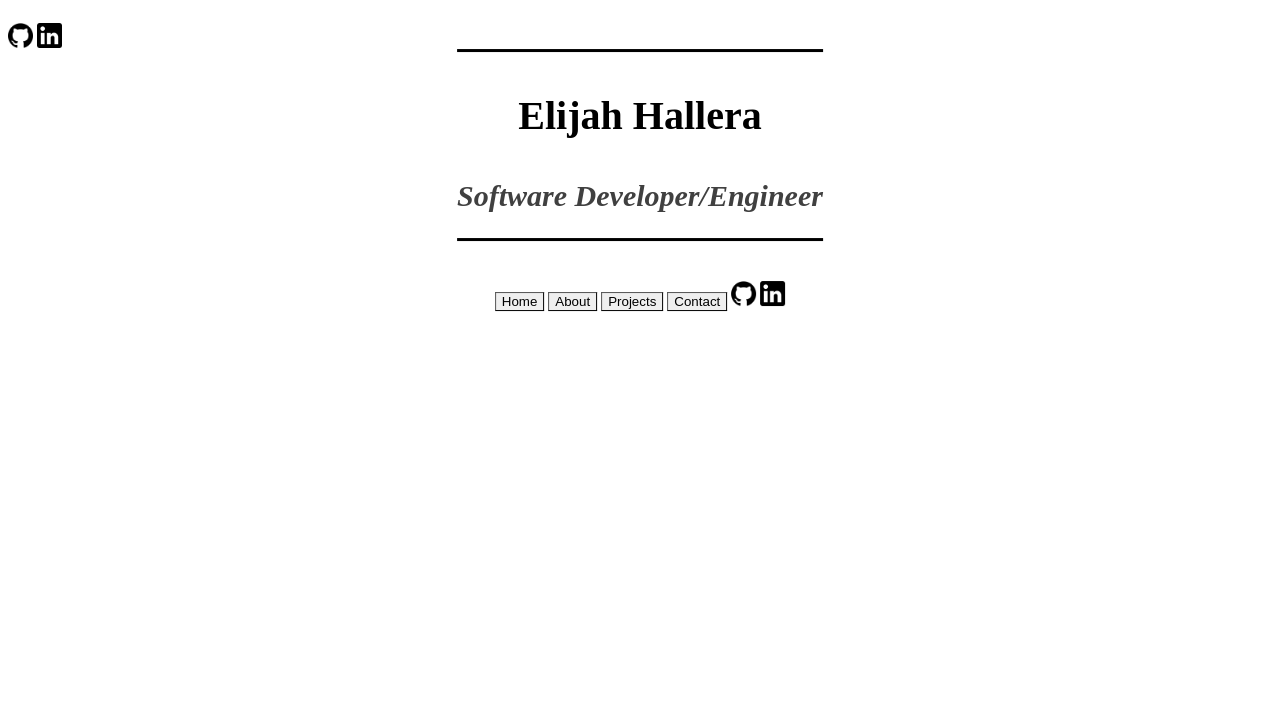
Repository: ElijahHallera/ElijahHallera.github.io
Page: http://localhost/
The author's editor kept a record of every edit. The page is drawn from the files as they stood at one moment, then again after the next edit.
The browser window is 1280 px wide. The pictures show the whole page.
The page is served by the project's Node server (index.js).

Above is the page before.

### views/Homepage.ejs
<%- include ('partials/header'); -%>

<div class="bg">
	<div class="centered">

		<div class="borderlines">
			<h3> Elijah Hallera </h3>
			<h2> Software Developer/Engineer</h2>
		</div>

		<nav>
			<a href= "/"> <button class="button btn btn-default"> Home </button></a>
			<a href= "/about"> <button class="button btn btn-default"> About </button></a>
			<a href= "/projects"> <button class="button btn btn-default"> Projects </button></a>
			<a href= "/contact"><button class="button btn btn-default"> Contact </button></a>

			<a class="centered2"> <img href="https://github.com/ElijahHallera" class="gitIcon" src="images/git2.png">
			<img  href="https://www.linkedin.com/in/elijah-hallera-892278199/" class="linkedIcon" src="images/LinkedInLogo.png"></a>
		</nav>
	</div>
	<a class="centered2"> <img href="https://github.com/ElijahHallera" class="gitIcon" src="images/git2.png">
						  <img  href="https://www.linkedin.com/in/elijah-hallera-892278199/" class="linkedIcon" src="images/LinkedInLogo.png"></a>

</div>

### views/partials/header.ejs
<!DOCTYPE html>
<html>

  <head>
    <title>Hallera Portfolio</title>
    <meta charset="UTF-8">
    <meta name="viewport" content="width=device-width, initial-scale=1.0">
		<link rel='stylesheet' type='text/css' href='app.css'>
		<link rel="stylesheet" href="https://cdnjs.cloudflare.com/ajax/libs/font-awesome/4.7.0/css/font-awesome.min.css">
  </head>

  <body>

### index.js
/* App Configuration */
var express = require('express');
var methodOverride = require('method-override');

var app = express();
var port = process.env.PORT || 8080;

app.use(express.static('public'));
app.set('view engine', 'ejs');

/* Home Route */
app.get('/', function(req, res){
    res.render('Homepage');
});

app.get('/about', function(req, res){
    res.render('About');
});

app.get('/projects', function(req, res){
    res.render('Projects');
});

app.get('/contact', function(req, res){
    res.render('Contact');
});

/* Error Route*/
app.get('*', function(req, res){
   res.render('error');
});

app.listen(port, () => console.log(`Listening on port ${port}`));

### public/app.css
body, html {
    height: 100%;
}

.bg {
  background-image: url("images/indieforest.jpg");
  height: 100%;
  width: 100%;
  background-position: center;
  background-repeat: no-repeat;
  background-size: cover;
}

nav {
    padding-top: 25px;
    text-align: center;
}

h3{
    color: black;
    text-align: center;
    font-size: 40px;
    font-weight: bold;
}

h2 {
    text-align: center;
    font-style: italic;
    font-size: 30px;
    color: black;
    opacity: 75%;
}

.centered{
  position: fixed;
  top: 25%;
  left: 50%;
  transform: translate(-50%, -50%);
}

.borderlines{
  border-top-style: solid;
  border-top-color: black;
  border-bottom-style: solid;
  border-bottom-color: black;
}

.button {
  transition-duration: 0.4s;
  border: 1px outset black;
}

.button:hover {
  background-color: black;
  color: white;
}

.gitIcon{
  padding-top: 15px;
  width: 25px;
  height: auto;
  text-align: center;
}

.linkedIcon{
  padding-top: 15px;
  width: 25px;
  height: auto;
  text-align: center;
}

### views/error.ejs
<%- include ('partials/header'); -%>

<h2 style='color: red;'> Sorry, Page not found !</h2>

After the next edit:
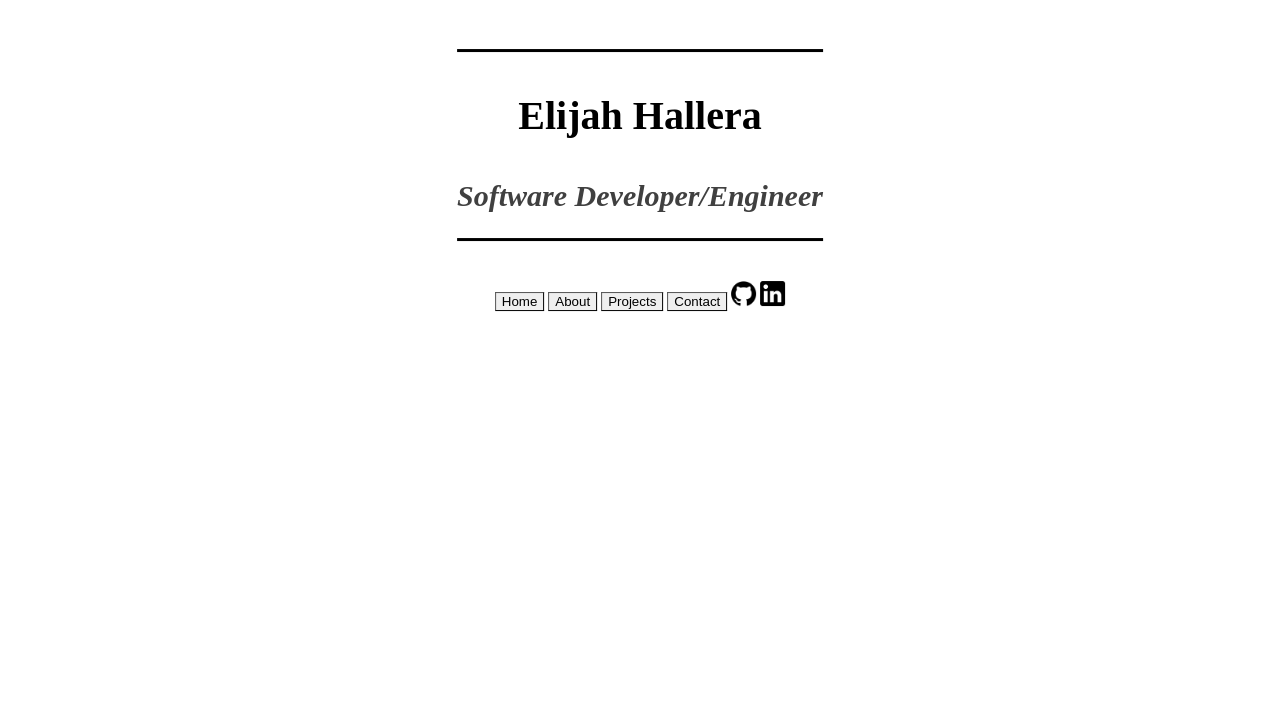
The edit:
--- a/views/Homepage.ejs
+++ b/views/Homepage.ejs
@@ -18,7 +18,5 @@
 			<img  href="https://www.linkedin.com/in/elijah-hallera-892278199/" class="linkedIcon" src="images/LinkedInLogo.png"></a>
 		</nav>
 	</div>
-	<a class="centered2"> <img href="https://github.com/ElijahHallera" class="gitIcon" src="images/git2.png">
-						  <img  href="https://www.linkedin.com/in/elijah-hallera-892278199/" class="linkedIcon" src="images/LinkedInLogo.png"></a>
 
 </div>
